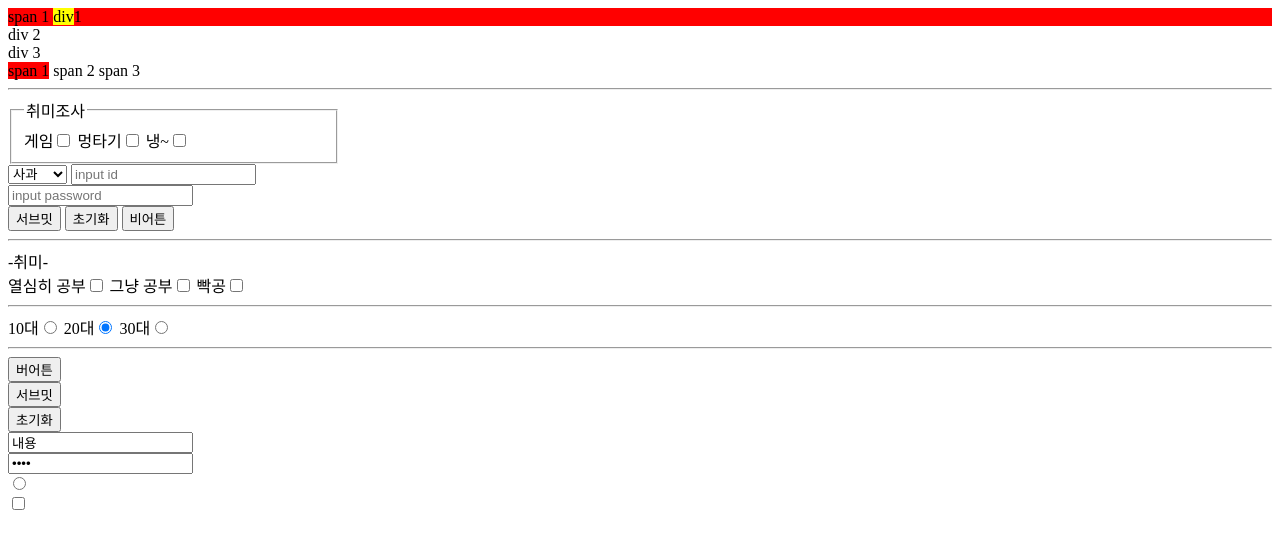
Repository: jwlee0714/HTML
Page: html/day02.html
An editor plug-in stored every save of this project. The page is shown before and after the next save, followed by the edit.
The browser window is 1280 px wide. The pictures show the whole page.

Above is the page before, as saved 2021-10-05 07:55:21.

After the next save:
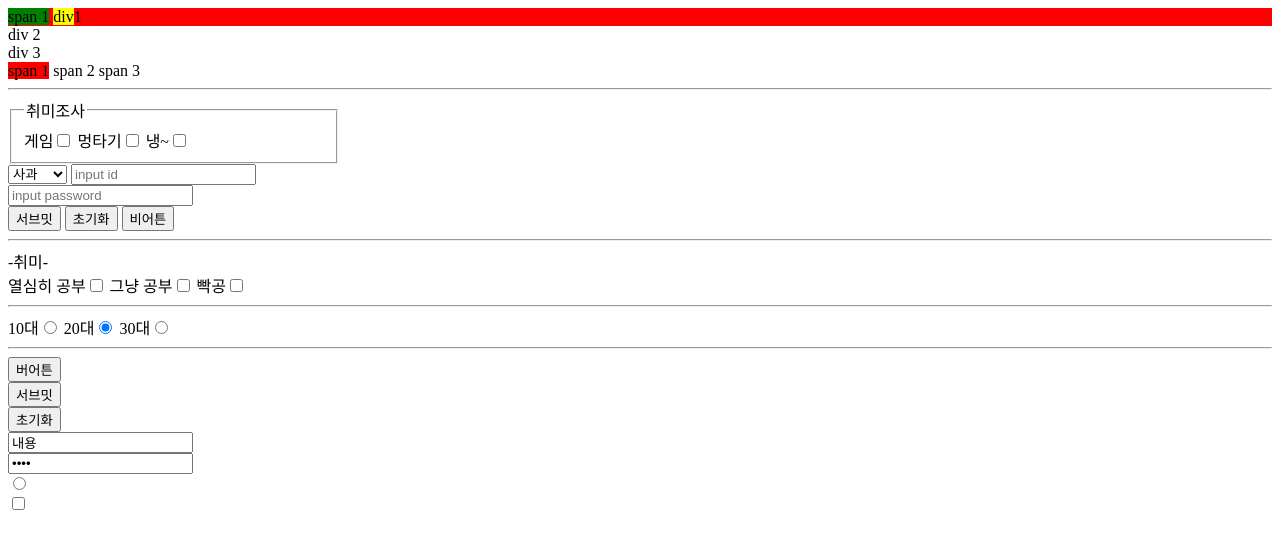
Saved 30 s later.
--- a/html/day02.html
+++ b/html/day02.html
@@ -8,7 +8,7 @@
 
 
 	<div style="background-color:red;">
-		<spans tyle="background-color:green;">span 1</span>
+		<span style="background-color:green;">span 1</span>
 		<span style="background-color:yellow;">div</span>1
 	</div>
 	<div>div 2</div>
